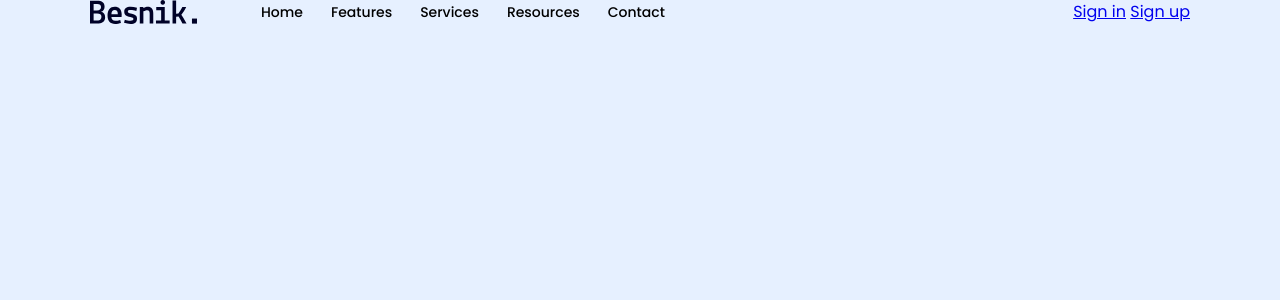
Repository: ducvui2003/f8-project-01
Page: index.html
These files come from the project's save history. The page is drawn as it stood at one moment and after the next save; the edit follows.
The browser window is 1280 px wide. The pictures show the whole page.

Above is the page before, as saved 2023-06-16 10:05:42.

After the next save:
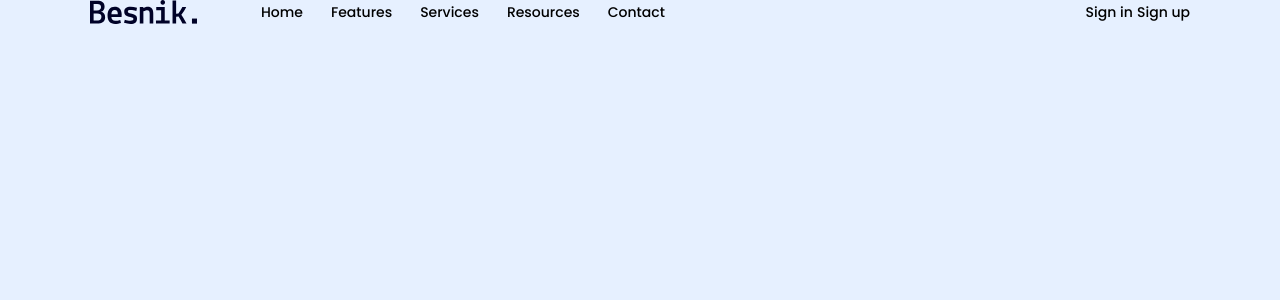
Saved 33 s later.
--- a/asset/css/styles.css
+++ b/asset/css/styles.css
@@ -36,7 +36,7 @@
   justify-content: space-between;
   gap: 2.8rem;
 }
-.header .nav ul li a {
+.header .nav a {
   text-decoration: none;
   color: black;
   font-weight: 500;
